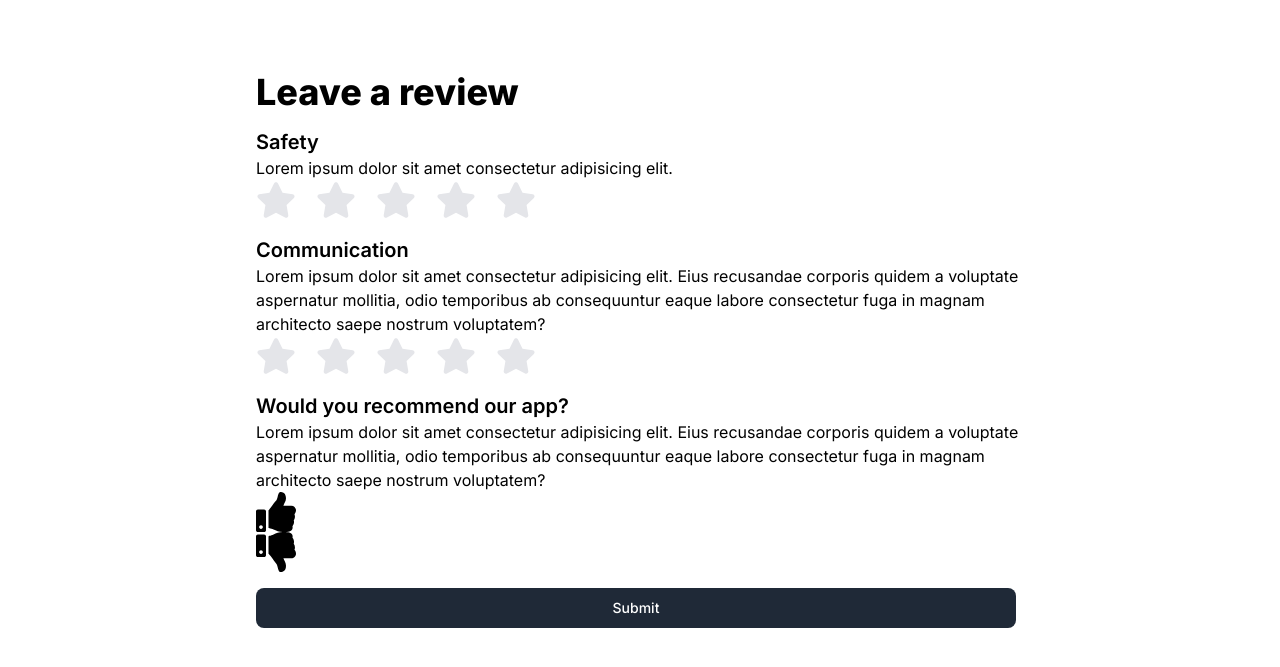
Repository: akankshaajoshi/review-form
Page: /review
These files come from the project's save history. The page is drawn as it stood at one moment and after the next save; the edit follows.
The browser window is 1280 px wide. The pictures show the whole page.
The project was rebuilt for these pictures with package versions that can differ from the ones it lists, and the page was loaded fresh each time. The framework's server and built-in components were replaced by stand-ins that run in the browser. Also part of the build but not shown: next.config.mjs.

Above is the page before, as saved 2024-05-25 13:22:28.

After the next save:
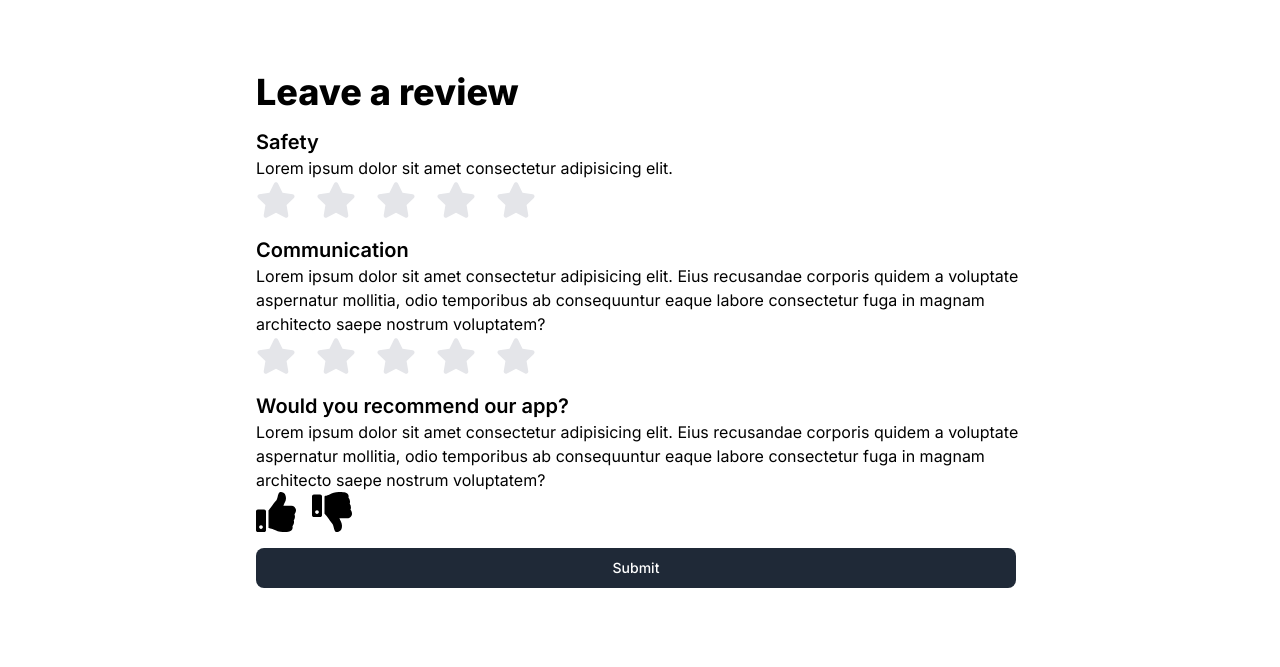
Saved 21 s later.
--- a/app/_components/TrueOrFalse/index.tsx
+++ b/app/_components/TrueOrFalse/index.tsx
@@ -6,7 +6,7 @@ interface TrueOrFalseProps {
 
 const TrueOrFalse : React.FC<TrueOrFalseProps> = ({name}) =>{
     return (
-        <div>
+        <div className="flex flex-row gap-x-4">
             <label>
             <input type="radio" name={name}
             className="hidden"
